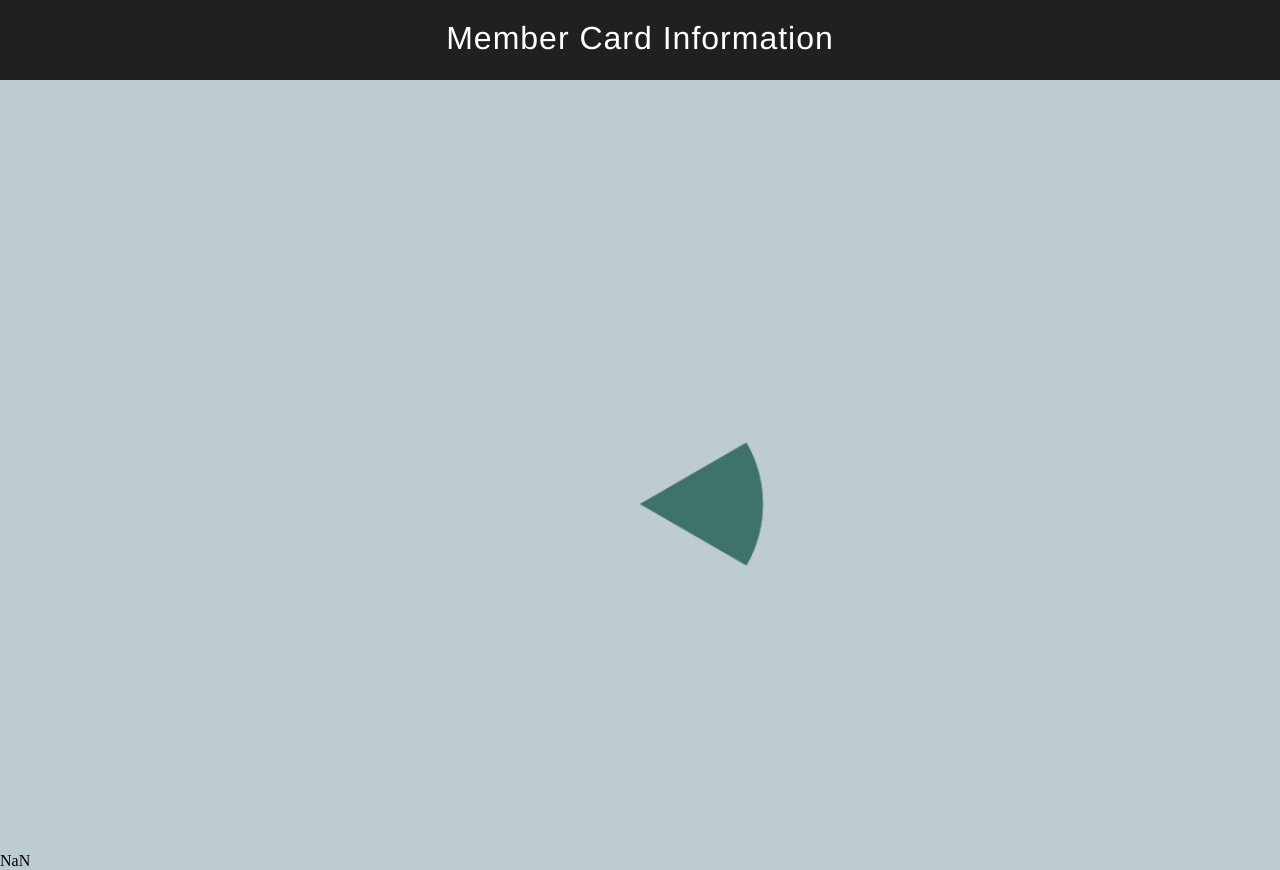
Repository: Leooook/lzhao-fed-test
Page: /
These files come from the project's save history. The page is drawn as it stood at one moment and after the next save; the edit follows.
The browser window is 1280 px wide. The pictures show the whole page.
The page's requests for data from a server got no answer. The project was rebuilt for these pictures with package versions that can differ from the ones it lists, and the page was loaded fresh each time. No one was signed in, and anything a server would have sent is missing. Also part of the build but not shown: src/components/detail.jsx.

Above is the page before, as saved 2021-03-15 21:41:52.

### src/index.html
<!DOCTYPE html>
<html lang="en">
	<head>
		<meta charset="utf-8" />
		<meta http-equiv="X-UA-Compatible" content="IE=edge,chrome=1" />
		<title>Member Card Info</title>
		<meta name="description" content="" />
		<meta name="viewport" content="width=device-width, initial-scale=1.0, maximum-scale=1.0, user-scalable=no" />
	</head>
	<body>
		<div id="root" class="react-root"></div>
	</body>
</html>

### src/App.js
import React, {useState} from 'react';
import {BsCaretDownFill} from 'react-icons/bs'

import './App.css'
import Header from './components/header.jsx'
import Feature from './components/feature.jsx'

export default function App() {
  const [featureAmount, setFeatureAmount] = useState([1])

  const setFeature = () => {
    setFeatureAmount(featureAmount => {return [...featureAmount, 1]})
  }

	return (
    <div className='app'>
      <Header />
      {
        featureAmount.map((key) => <Feature key = {key}/>)
      }
      {
        featureAmount.length > 1 ? <BsCaretDownFill className='add-feature' onClick={() => setFeature()} /> : NaN
      }

    </div>
  )
}

### src/App.css
* {
	margin: 0;
	padding: 0;
	box-sizing: border-box;
}
:root {
	--nav-black: rgba(14, 14, 14, 0.897);
	--white: #ffffff;
	--light-blue: rgb(189, 204, 208);
	--grey: rgb(145, 145, 145);
	--light-grey: rgb(209, 209, 209);
}
/* app */
.app {
	max-width: 100vw;
	min-height: 100vh;
	background-color: var(--light-blue);
}
.add-feature {
	position: relative;
	color: rgba(65, 65, 65, 0.418);
	width: 60px;
	height: 60px;
	margin: 30px auto 0 auto;
	display: block;
	cursor: pointer;
	animation: upAndDown 3s ease-in-out infinite;
}
.add-feature:active {
	transform: scale(1.1);
	transition: all 1s ease;
}
@keyframes upAndDown {
	0% {
		bottom: 0;
	}
	50% {
		bottom: 10px;
	}
	100% {
		bottom: 0;
	}
}
/* end of app */
/* header */
.header {
	background-color: var(--nav-black);
	height: 80px;
	padding: 20px;
	margin-bottom: 80px;
	font-size: 2rem;
	font-family: 'Franklin Gothic Medium', 'Arial Narrow', Arial, sans-serif;
	text-align: center;
	color: var(--white);
	letter-spacing: 1px;
}
@media screen and (max-width: 500px) {
	.header {
		margin-bottom: 30px;
		padding: 30px;
		font-size: 1.4rem;
	}
}
/* end of header */
/* loader */
.load {
	width: 100%;
}
.loadPic {
	width: 20%;
	margin: 30vh 40%;
}
/* end of loader */
/* feature */
.feature {
	margin-top: -65px;
	padding: 60px 8%;
	display: grid;
	grid-template-columns: repeat(auto-fill, minmax(450px, 1fr));
	grid-row-gap: 50px;
	grid-column-gap: 80px;
}
@media screen and (max-width: 500px) {
	.feature {
		padding: 30px 20px;
		display: initial;
	}
}
/* end of feature */
/* detail */
.detail {
	margin: auto;
	padding: 10px 20px;
	width: 450px;
	height: 240px;
	background: hsla(0, 0%, 100%, .3);
	border-radius: 6px;
	box-shadow: 0 6px 20px 6px rgba(0, 0, 0, 0.207);
	display: flex;
	align-items: center;
	cursor: pointer;
	transition: all linear 0.2s;
}
.detail:hover {
	transform: scale(1.05);
	box-shadow: 0 10px 30px 10px rgba(0, 0, 0, 0.207);
}
.left-section {
	width: calc(40% - 20px);
	margin-right: 10%;
}
.right-section {
	width: clac(50% - 20px);
}
.detail-pic {
	margin: 0 auto;
	height: 140px;
	width: 140px;
	border-radius: 50%;
	box-shadow: 0 0 10px 8px var(--light-grey);
}
.detail-info {
	margin-bottom: 10px;
}
.detail-name {
	font-family: 'Playfair Display', serif;
	font-weight: bold;
	font-size: 1.3rem;
}
.detail-name2 {
	font-weight: 100;
	font-size: 0.9rem;
	color: rgb(82, 82, 82);
	font-style: oblique;
}
.detail-sex-date {
	display: flex;
}
.detail-date {
	margin-right: 13px;
}
.detail-font {
	font-family: 'Source Sans Pro', sans-serif;
	font-size: 0.8rem;
}
@media screen and (max-width: 500px) {
	.detail {
		margin-bottom: 30px;
		width: 90vw;
		height: 50vw;
	}
	.detail-pic {
		height: 100px;
		width: 100px;
	}
	.detail-info {
		margin-bottom: 6px;
	}
	.detail-name {
		font-size: 1rem;
	}
	.detail-name2 {
		font-size: 0.8rem;
	}
	.detail-date {
		margin-right: 8px;
	}
	.detail-font {
		font-size: 0.75rem;
	}
}
/* end of detail */

### src/components/header.jsx
import React, { Component } from 'react'

class Header extends Component {
	render() {
		return <section className="header">Member Card Information</section>
	}
}

export default Header

### src/components/feature.jsx
import React, { Component } from 'react'

import Loader from './loader.jsx'
import Detail from './detail.jsx'

class Feature extends Component {
	state = {
		dataSet: [],
		dataAmount: 6
	}

	fetchData = () => {
		fetch('https://randomuser.me/api/', {
			method: 'GET'
		})
			.then((response) => response.json())
			.then((data) => {
				let dataSet = this.state.dataSet
				dataSet.push(data.results[0])
				this.setState({ dataSet })
			})
			.catch((error) => {
				console.error('Error:', error)
			})
	}

	componentDidMount() {
		for (let i = 0; i < this.state.dataAmount; i++) {
			this.fetchData()
		}
	}

	render() {
		if (this.state.dataSet.length === 0 || this.state.dataSet.length % 6 !== 0) {
			return <Loader />
		} else {
			return (
				<section className="feature">
					{this.state.dataSet.map((each, key) => <Detail key={key} data={each} />)}
				</section>
			)
		}
	}
}

export default Feature

### src/components/loader.jsx
import React from 'react'

import loadPic from '../images/load.gif'

function Loader() {
	return (
		<section className="load">
			<img src={loadPic} className="loadPic" alt="load" />
		</section>
	)
}

export default Loader

Loaded but not shown: src/index.js (common file)

After the next save:
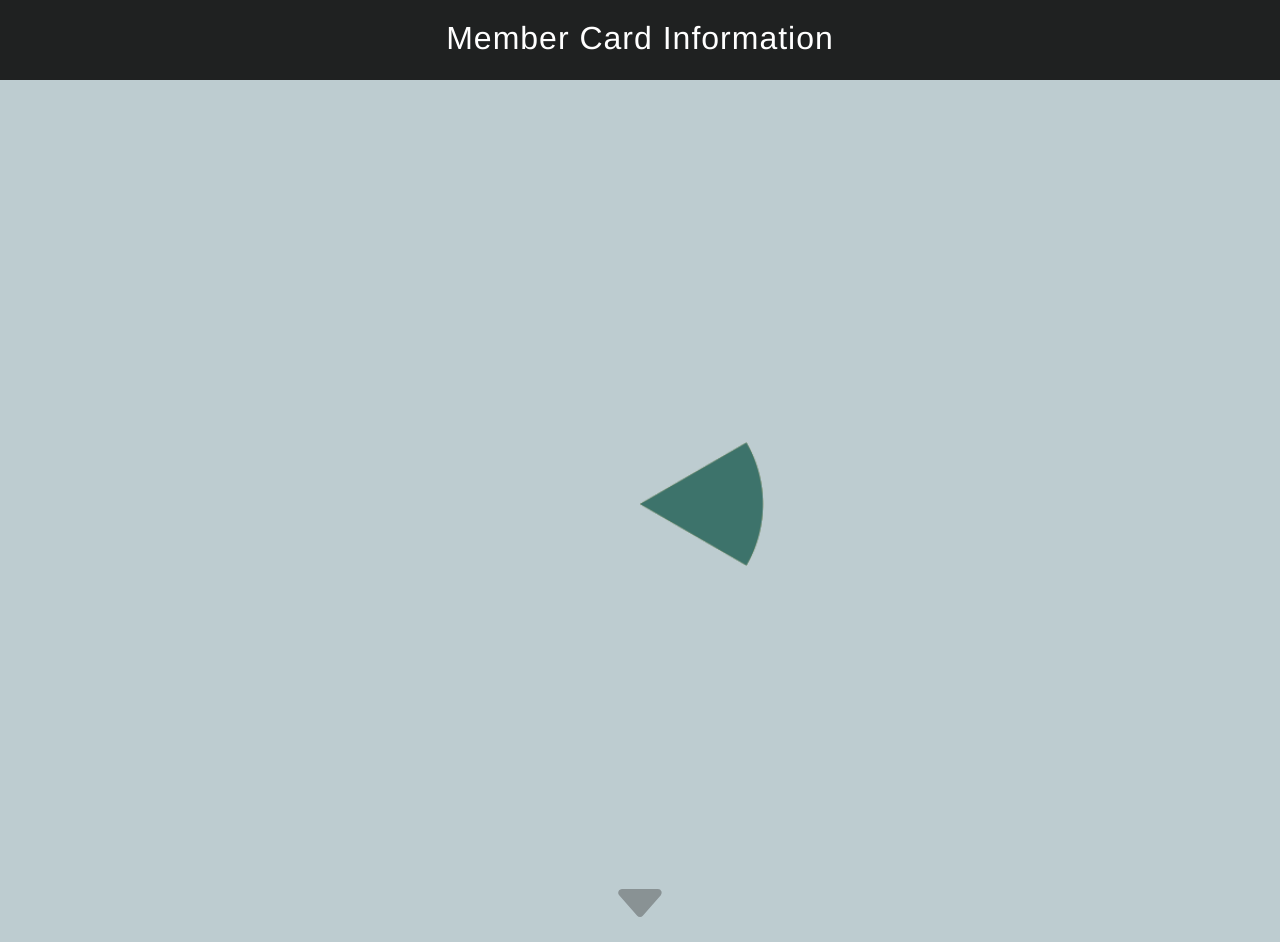
Saved 23 s later.
--- a/src/App.js
+++ b/src/App.js
@@ -19,7 +19,7 @@ export default function App() {
         featureAmount.map((key) => <Feature key = {key}/>)
       }
       {
-        featureAmount.length > 1 ? <BsCaretDownFill className='add-feature' onClick={() => setFeature()} /> : NaN
+        featureAmount.length > 0 ? <BsCaretDownFill className='add-feature' onClick={() => setFeature()} /> : NaN
       }
 
     </div>
